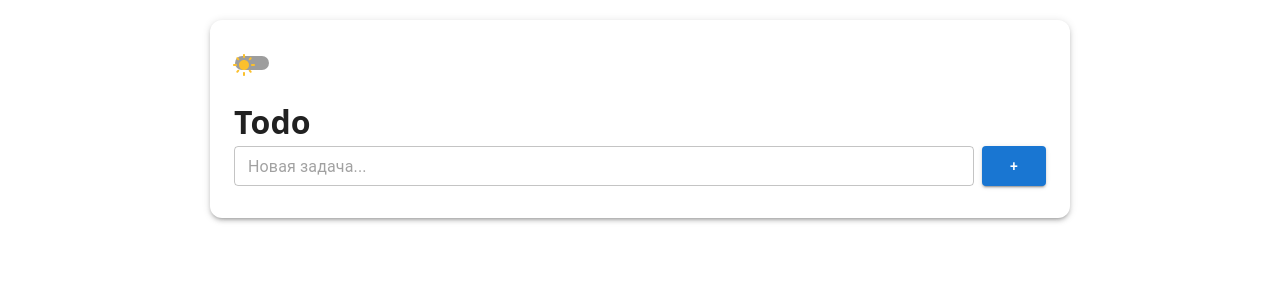
Repository: Burnmyheart/todo-app
Page: /
An editor plug-in stored every save of this project. The page is shown before and after the next save, followed by the edit.
The browser window is 1280 px wide. The pictures show the whole page.
The project was rebuilt for these pictures with package versions that can differ from the ones it lists, and the page was loaded fresh each time. Also part of the build but not shown: vite.config.ts, src/components/EditTodo/EditTodo.tsx, src/components/TodoItem/TodoItem.tsx, src/components/TodoList/TodoList.tsx.

Above is the page before, as saved 2025-09-25 20:44:59.

### src/index.css
/* Сброс браузерных стилей */
* {
  margin: 0;
  padding: 0;
  box-sizing: border-box;
}

html, body, #root {
  width: 100%;
  height: 100%;
  font-family: system-ui, -apple-system, BlinkMacSystemFont, "Segoe UI", Roboto, Helvetica, Arial, sans-serif;
  background-color: #fff;
  color: #000;
}


a {
  color: inherit;
  text-decoration: none;
}


button {
  font-family: inherit;
  font-size: 1rem;
  cursor: pointer;
  border: none;
  background: none;
}


h1, h2, h3, h4, h5, h6 {
  font-weight: 600;
}

### src/App.tsx
import React, { useState, useEffect } from "react";
import AddTodo from "./components/AddTodo/AddTodo";
import TodoList from "./components/TodoList/TodoList";
import { saveGroups, loadGroups } from "./utils/localStorage";
import type { TodoGroup } from "./types";

import {
  ThemeProvider,
  CssBaseline,
  Paper,
  Switch,
  FormControlLabel,
} from "@mui/material";
import { createTheme } from "@mui/material/styles";
import DarkModeIcon from "@mui/icons-material/DarkMode";
import LightModeIcon from "@mui/icons-material/LightMode";

const App: React.FC = () => {
  const [groups, setGroups] = useState<TodoGroup[]>([]);
  const [darkMode, setDarkMode] = useState(false);

  useEffect(() => {
    setGroups(loadGroups());
  }, []);

  useEffect(() => {
    saveGroups(groups);
  }, [groups]);

  const theme = createTheme({
    palette: {
      mode: darkMode ? "dark" : "light",
    },
  });

  const addGroup = (title: string) => {
    const newGroup: TodoGroup = {
      id: Date.now(),
      title,
      tasks: [],
      createdAt: new Date(),
    };
    setGroups((prev) => [...prev, newGroup]);
  };

  const updateGroup = (updated: TodoGroup) => {
    setGroups((prev) =>
      prev.map((group) => (group.id === updated.id ? updated : group))
    );
  };

  return (
    <div style={{ padding: "20px", maxWidth: "900px", margin: "0 auto" }}>
      <ThemeProvider theme={theme}>
        <CssBaseline />
        <Paper
          elevation={3}
          sx={{
            p: 3,
            borderRadius: 3,
            bgcolor: darkMode ? "background.default" : "#fff",
          }}
        >
          <FormControlLabel
            control={
              <Switch
                checked={darkMode}
                onChange={() => setDarkMode((prev) => !prev)}
                color="default"
                icon={<LightModeIcon sx={{ color: "#fbc02d" }} />}
                checkedIcon={<DarkModeIcon sx={{ color: "#90caf9" }} />}
              />
            }
            label={darkMode}
            sx={{ mb: 2 }}
          />

          <h1>Todo</h1>
          <AddTodo onAdd={addGroup} />
          {groups.map((group) => (
            <TodoList
              key={group.id}
              group={group}
              onUpdateGroup={updateGroup}
            />
          ))}
        </Paper>
      </ThemeProvider>
    </div>
  );
};

export default App;

### src/components/AddTodo/AddTodo.tsx
import React, { useState } from "react";
import { TextField, Button, Stack } from "@mui/material";

interface AddTodoProps {
  onAdd: (text: string) => void;
}

const AddTodo: React.FC<AddTodoProps> = ({ onAdd }) => {
  const [text, setText] = useState("");
  const [error, setError] = useState(false);

  const handleAdd = () => {
    if (!text.trim()) {
      setError(true);
      return;
    }
    onAdd(text);
    setText("");
    setError(false);
  };

  return (
    <Stack direction="row" spacing={1} sx={{ mb: 1 }}>
      <TextField
        value={text}
        onChange={(e) => { setText(e.target.value); setError(false); }}
        size="small"
        placeholder="Новая задача..."
        onKeyDown={(e) => e.key === "Enter" && handleAdd()}
        error={error}
        helperText={error ? "Поле не может быть пустым" : ""}
        fullWidth
      />
      <Button variant="contained" onClick={handleAdd}>+</Button>
    </Stack>
  );
};

export default AddTodo;

### src/utils/localStorage.tsx
import type { TodoGroup } from "../types";

const GROUPS_KEY = "todoGroups";

export const saveGroups = (groups: TodoGroup[]) => {
  localStorage.setItem(GROUPS_KEY, JSON.stringify(groups));
};

export const loadGroups = (): TodoGroup[] => {
  const data = localStorage.getItem(GROUPS_KEY);
  if (!data) return [];

  const groups: TodoGroup[] = JSON.parse(data);

  // Конвертируем строки обратно в Date
  return groups.map(group => ({
    ...group,
    createdAt: new Date(group.createdAt),
    tasks: group.tasks.map(task => ({ ...task, createdAt: new Date(task.createdAt) })),
  }));
};

Loaded but not shown: index.html (common file); src/main.tsx (common file)

After the next save:
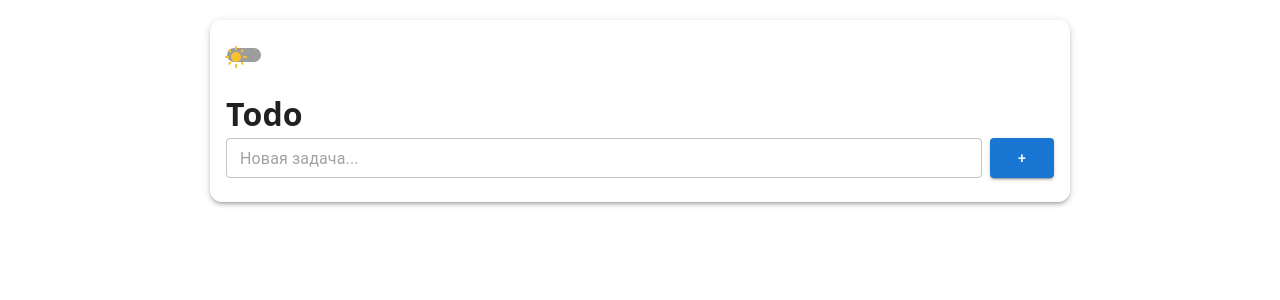
Saved 18 s later.
--- a/src/App.tsx
+++ b/src/App.tsx
@@ -56,7 +56,7 @@
         <Paper
           elevation={3}
           sx={{
-            p: 3,
+            p: 2,
             borderRadius: 3,
             bgcolor: darkMode ? "background.default" : "#fff",
           }}

After the 5 saves that followed:
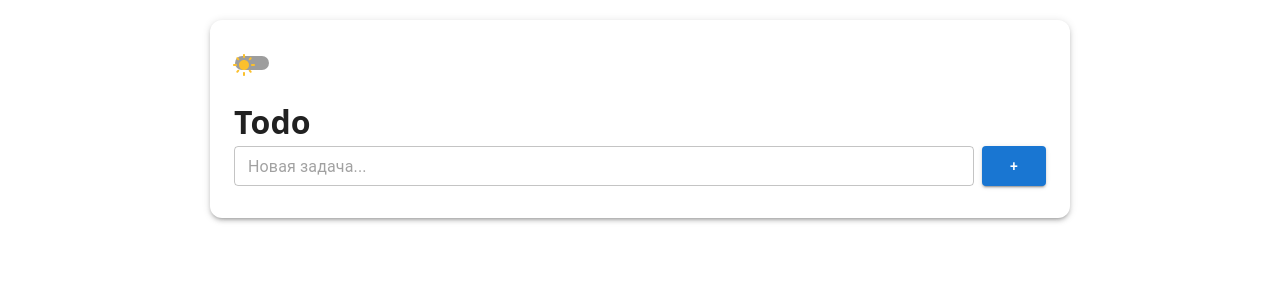
The 5 saves are shown as one change because they came seconds apart.
The last was saved 12 s later.
--- a/src/App.tsx
+++ b/src/App.tsx
@@ -56,7 +56,7 @@
         <Paper
           elevation={3}
           sx={{
-            p: 2,
+            p: 3,
             borderRadius: 3,
             bgcolor: darkMode ? "background.default" : "#fff",
           }}
